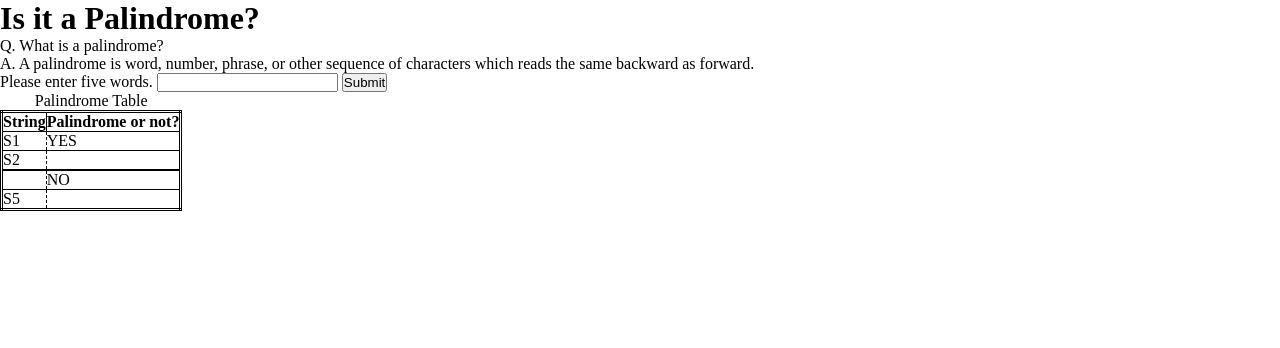
Repository: mlmEFSC21/P18-Palindrome-Table
Page: palindrome.html
These files come from the project's save history. The page is drawn as it stood at one moment and after the next save; the edit follows.
The browser window is 1280 px wide. The pictures show the whole page.

Above is the page before, as saved 2022-04-03 17:29:03.

### palindrome.html
<!DOCTYPE html>
<html lang="en">
    <head>
        <meta charset="UTF-8" />
        <meta http-equiv="X-UA-Compatible" content="IE=edge" />
        <meta name="viewport" content="width=device-width, initial-scale=1.0" />
        <link rel="stylesheet" href="palindrome.css" />
        <script defer src="palindrome.js"></script>
        <title>Palindrome Table</title>
    </head>
    <body>
        <header class="mainHeader">
            <h1>Is it a Palindrome?</h1>
        </header>
        <div>
            <p>Q. What is a palindrome?</p>
            <p>
                A. A palindrome is word, number, phrase, or other sequence of characters which reads
                the same backward as forward.
            </p>
        </div>
        <div class="mainContent">
            <div class="formContainer" id="formContainer">
                <form class="palindromeForm" id="palindromeForm">
                    <label for="stringInput">Please enter five words.</label>
                    <input
                        type="text"
                        name="stringInput"
                        class="stringInput"
                        id="stringInput"
                        required
                    />
                    <button type="submit" class="submit-btn" id="submit-btn">Submit</button>
                </form>
            </div>
            <div class="tableContainer" id="tableContainer">
                <table>
                    <caption>
                        Palindrome Table
                    </caption>
                    <thead>
                        <tr>
                            <th>String</th>
                            <th>Palindrome or not?</th>
                        </tr>
                    </thead>
                    <tbody>
                        <tr>
                            <td class="string">S1</td>
                            <td class="yes-no">YES</td>
                        </tr>
                        <tr>
                            <td class="string">S2</td>
                            <td class="yes-no"></td>
                        </tr>
                        <tr>
                            <td class="string"></td>
                            <td class="yes-no"></td>
                        </tr>
                        <tr>
                            <td class="string"></td>
                            <td class="yes-no">NO</td>
                        </tr>
                        <tr>
                            <td class="string">S5</td>
                            <td class="yes-no"></td>
                        </tr>
                    </tbody>
                </table>
            </div>
        </div>
    </body>
</html>

### palindrome.css
*,
*::after,
*::before {
    box-sizing: border-box;
    margin: 0;
    padding: 0;
}
body {
    font-size: 1rem;
}
table {
    border-collapse: collapse;
    border: 3px double black;
}
th,
tr {
    border: 1px solid black;
}
td {
    border: 1px dashed black;
}

Loaded but not shown: palindrome.js (no stored copy; drawn as an empty file)

After the next save:
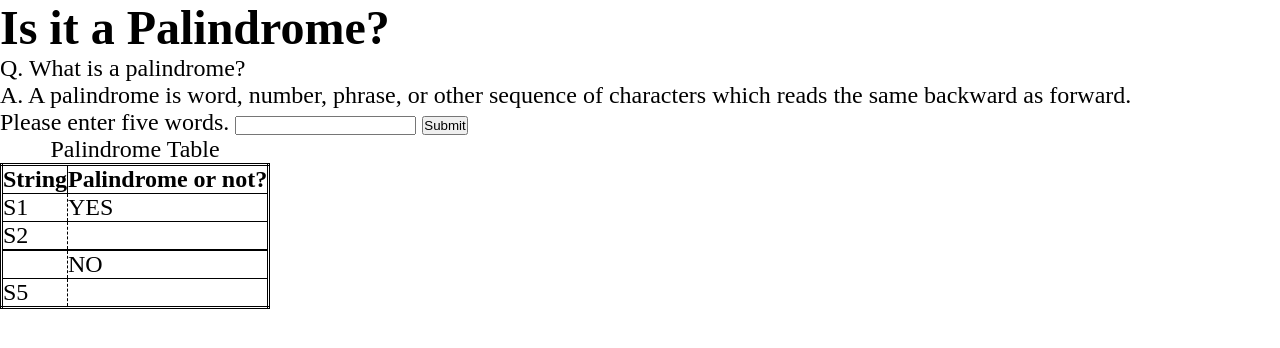
Saved 5 s later.
--- a/palindrome.css
+++ b/palindrome.css
@@ -6,7 +6,7 @@
     padding: 0;
 }
 body {
-    font-size: 1rem;
+    font-size: 1.5rem;
 }
 table {
     border-collapse: collapse;
